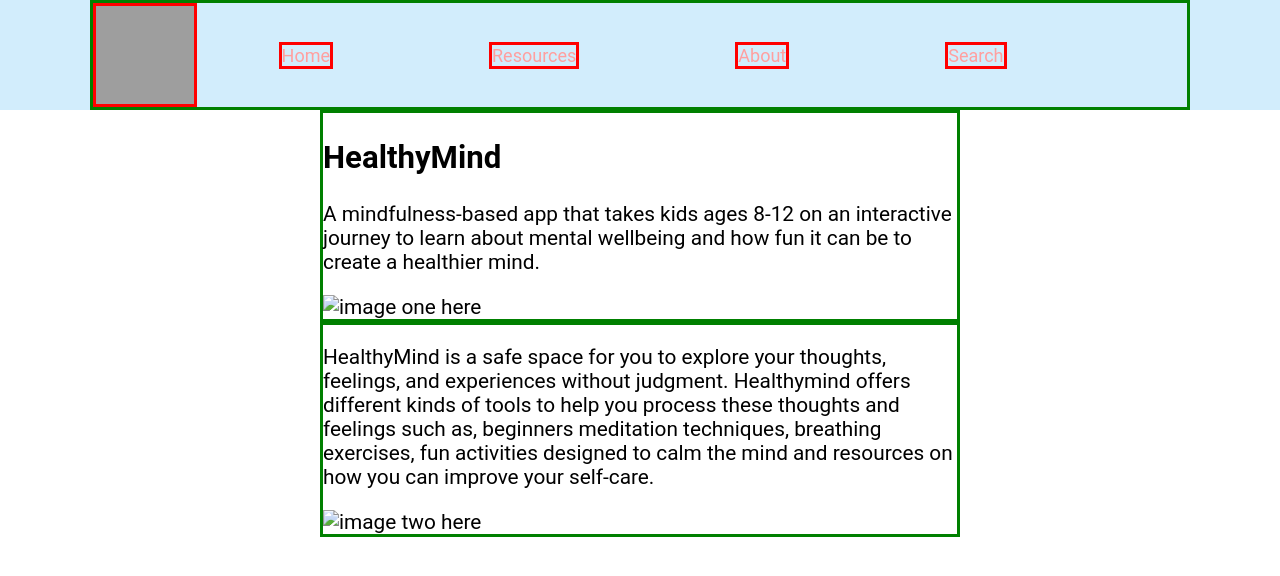
Repository: Nafisa-Huda/HealthierMind
Page: public/index.html
These files come from the project's save history. The page is drawn as it stood at one moment and after the next save; the edit follows.
The browser window is 1280 px wide. The pictures show the whole page.
Pictures or frames that could not be fetched are drawn as grey boxes.

Above is the page before, as saved 2022-07-11 15:45:50.

### public/index.html
<!DOCTYPE html>
<html lang="en">
<head>
    <meta charset="UTF-8">
    <meta http-equiv="X-UA-Compatible" content="IE=edge">
    <meta name="viewport" content="width=device-width, initial-scale=1.0">
    <title>HealthyMind</title>
    <link rel="stylesheet" href="/public/style.css">
</head>
<body>
    <header>
        <div class="container row">
            <img class="logo" src="https://i.ibb.co/xLGc6jC/Healthy-Mind-logo.png" alt="healthy-mind-logo">
        <nav class="nav">
            <ul class="nav__list">
                <li class="nav__item"><a href="#" class="nav__link">Home</a></li>
                <li class="nav__item"><a href="#" class="nav__link">Resources</a></li>
                <li class="nav__item"><a href="#" class="nav__link">About</a></li>
                <li class="nav__item"><a href="#" class="nav__link">Search</a></li>
            </ul>
        </nav>
        </div>
    </header>

    <section class="hero main">
        <div class="container">
            <div class="hero__text">
                <h1>HealthyMind</h1>
                <p>A mindfulness-based app that takes kids ages 8-12 on an interactive journey to learn about mental wellbeing and how fun it can be to create a healthier mind. </p>
            </div>
            <img class="hero__img" src="#" alt="image one here" srcset="">
        </div>
    </section>

    <main class="main container">
        <section class="primary-content">
            <p>HealthyMind is a safe space for you to explore your thoughts, feelings, and experiences without judgment. Healthymind offers different kinds of tools to help you process these thoughts and feelings such as, beginners meditation techniques, breathing exercises, fun activities designed to calm the mind and resources on how you can improve your self-care.</p>
            <img class="main__img" src="" alt="image two here" srcset="">
        </section>
</main>

<script src="/public/main.js"></script>
</body>
</html>

### public/style.css
*, *::before, *::after {
    box-sizing: border-box;
}

body {
    margin: 0;
    font-family: 'Roboto', sans-serif;
    font-size: 1.3rem;
}
header{
  background-color: #d2edfc;
}

img {
    max-width: 100%;
}

/* home page */

.container {
    width: 50%;
    max-width: 1100px;
    margin: 0 auto;
    border: 3px green solid;

}



.row {
    display: flex;
    justify-content: space-between;
    align-items: center;
    width: 100%;
}

.logo {
    width: 5em;
    height: 5em;
    margin-right: 2em;
    border: 3px red solid;
}

.nav {
    display: flex;
    justify-content: space-between;
    align-items: center;
    flex-grow: 1;
}

.nav__list {
    margin: 0;
    padding-right: 1em;
    list-style: none;

    display: flex;
    align-items: center;

    font-size: 1rem;
}

.nav__item + .nav__item {
    margin-left: 60%;
}

.nav__link {
    border: 3px red solid;
    text-decoration: none;
    font-size: large;
    color: #FF9F9F;
}

.nav__link--button {
    padding: .25em 1em;
}

.nav__link:hover {
    opacity: .75;
}



/* activities page */

.activities-header{
  background-color: #A8E0FF;
  height: 20rem;
  width: 100%;
  border-bottom: solid #fff 4px;
}

.title{
  display: flex;
  flex-direction: column;
  align-items: center;
  padding-top: 3rem;
  color: #fff;
}


.activities-container{
  display: flex;
  flex-wrap: wrap;
  justify-content: center;
  background-color: #FFF9A6;
}

.scene {
  width: 20rem;
  height: 20rem;
  margin: 3rem;
  perspective: 600px;
}

.card {
  width: 100%;
  height: 100%;
  cursor: pointer;
  transform-style: preserve-3d;
  transform-origin: center right;
  transition: transform 1s;
}

.card.is-flipped {
  transform: translateX(-100%) rotateY(-180deg);
}

.face {
  position: absolute;
  width: 100%;
  height: 100%;
  line-height: 260px;
  color: #fff;
  text-align: center;
  font-weight: bold;
  font-size: larger;
  backface-visibility: hidden;
}

.front {
  background-color: #FF9F9F;
}

.back {
  background-color: #FF9F9F;
  transform: rotateY(180deg);
}

### public/main.js
const cards = document.querySelectorAll('.card');
[...cards].forEach((card)=>{
    card.addEventListener('click', () =>{
        card.classList.toggle('is-flipped')
    })
});

After the next save:
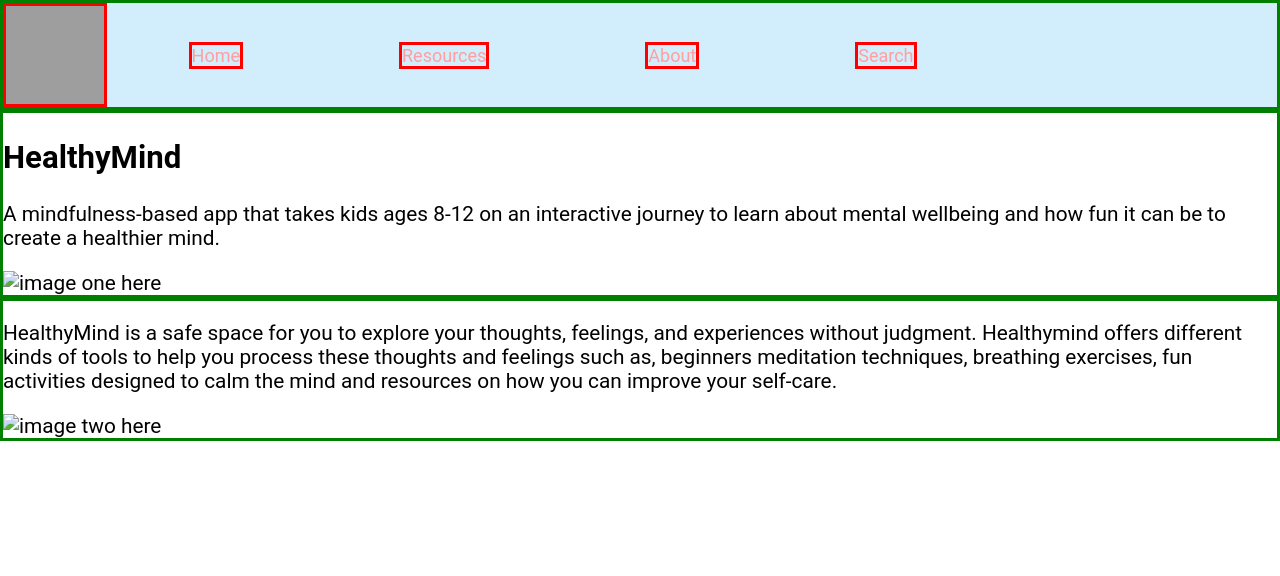
Saved 12 s later.
--- a/public/style.css
+++ b/public/style.css
@@ -18,8 +18,7 @@ img {
 /* home page */
 
 .container {
-    width: 50%;
-    max-width: 1100px;
+    width: 100vw;
     margin: 0 auto;
     border: 3px green solid;
 
